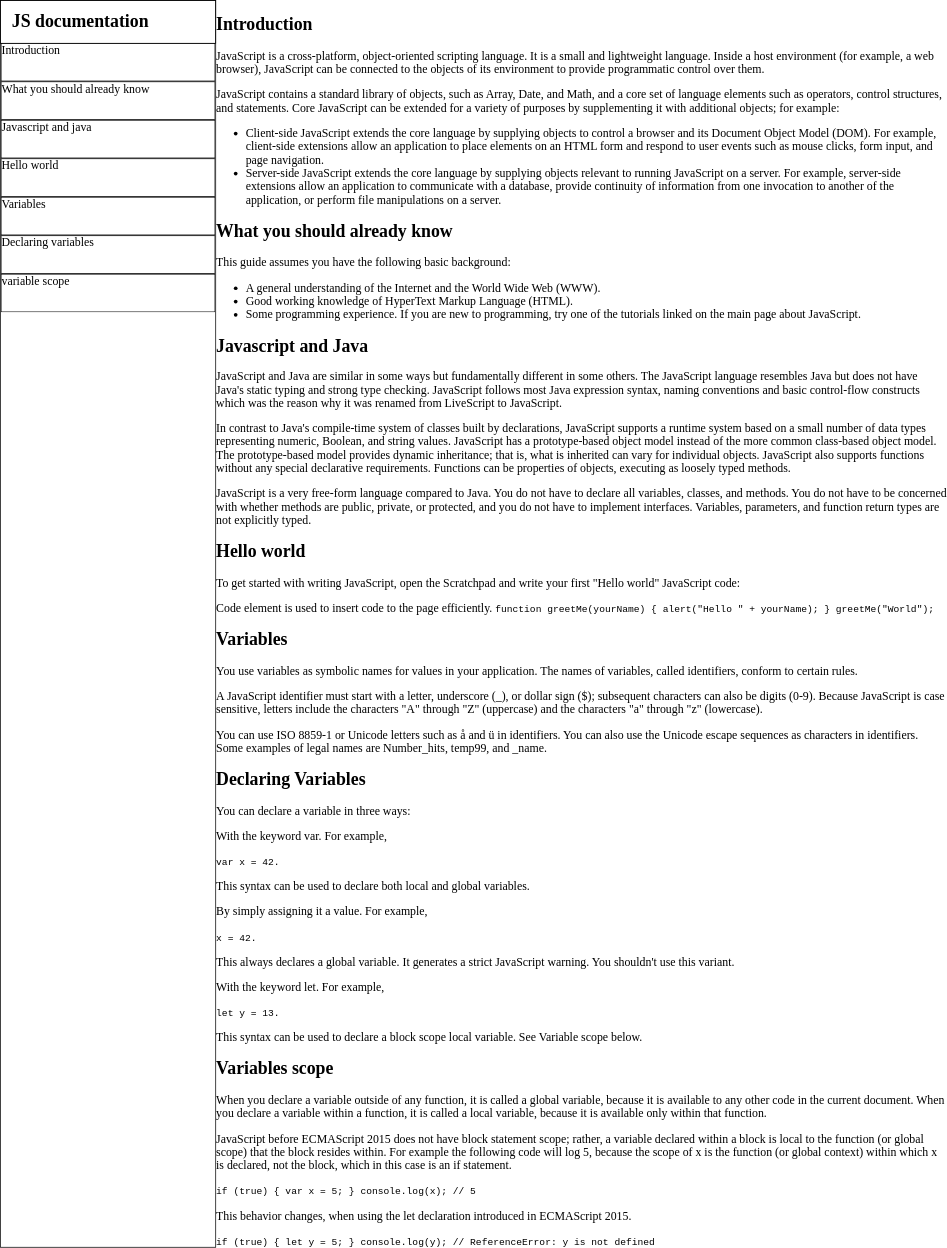
Repository: Pafestivo/Technical-documentation
Page: index.html
The author's editor kept a copy of each file at every save. The page is drawn from the files as they stood at one save, then again after the next save.
The browser window is 1280 px wide. The pictures show the whole page, at 74% of full size.

Above is the page before, as saved 2022-09-07 13:27:09.

### index.html
<!DOCTYPE html>
<html lang="en">
<head>
    <meta charset="UTF-8">
    <meta name="viewport" content="width=device-width, initial-scale=1.0">
    <link rel="stylesheet" href="styles.css">
    <title>Technical Documentation Page</title>
</head>
<body>
  <nav id="navbar">
    <header>
      <h1>JS documentation</h1>
    </header>
    <ul>
      <li><a id="nav-link" href="#introduction">Introduction</a></li>
      <li><a id="nav-link" href="#what_you_should_already_know">What you should already know</a></li>
      <li><a id="nav-link" href="#javascript_and_Java">Javascript and java</a></li>
      <li><a id="nav-link" href="#hello_world">Hello world</a></li>
      <li><a id="nav-link" href="#variables">Variables</a></li>
      <li><a id="nav-link" href="#declaring_variables">Declaring variables</a></li>
      <li><a id="nav-link" href="#variable_scope">variable scope</a></li>
    </ul>
  </nav>
  <main id="main-doc">
    <section id="introduction" class="main-section">
      <h1>Introduction</h1>

      <p>JavaScript is a cross-platform, object-oriented scripting language. It is a small and lightweight language. Inside a host environment (for example, a web browser), JavaScript can be connected to the objects of its environment to provide programmatic control over them.</p>

      <p>JavaScript contains a standard library of objects, such as Array, Date, and Math, and a core set of language elements such as operators, control structures, and statements. Core JavaScript can be extended for a variety of purposes by supplementing it with additional objects; for example:</p>

      <ul>
        <li>Client-side JavaScript extends the core language by supplying objects to control a browser and its Document Object Model (DOM). For example, client-side extensions allow an application to place elements on an HTML form and respond to user events such as mouse clicks, form input, and page navigation.</li>
        <li>Server-side JavaScript extends the core language by supplying objects relevant to running JavaScript on a server. For example, server-side extensions allow an application to communicate with a database, provide continuity of information from one invocation to another of the application, or perform file manipulations on a server.</li>
      </ul>
    </section>

    <section id="what_you_should_already_know" class="main-section">
        <h1>What you should already know</h1>

        <p>This guide assumes you have the following basic background:</p>

        <ul>
          <li>A general understanding of the Internet and the World Wide Web (WWW).</li>
          <li>Good working knowledge of HyperText Markup Language (HTML).</li>
          <li>Some programming experience. If you are new to programming, try one of the tutorials linked on the main page about JavaScript.</li>
        </ul>
      </section>

      <section id="javascript_and_Java" class="main-section">
        <h1>Javascript and Java</h1>

        <p>JavaScript and Java are similar in some ways but fundamentally different in some others. The JavaScript language resembles Java but does not have Java's static typing and strong type checking. JavaScript follows most Java expression syntax, naming conventions and basic control-flow constructs which was the reason why it was renamed from LiveScript to JavaScript.</p>

        <p>In contrast to Java's compile-time system of classes built by declarations, JavaScript supports a runtime system based on a small number of data types representing numeric, Boolean, and string values. JavaScript has a prototype-based object model instead of the more common class-based object model. The prototype-based model provides dynamic inheritance; that is, what is inherited can vary for individual objects. JavaScript also supports functions without any special declarative requirements. Functions can be properties of objects, executing as loosely typed methods.</p>

        <p>JavaScript is a very free-form language compared to Java. You do not have to declare all variables, classes, and methods. You do not have to be concerned with whether methods are public, private, or protected, and you do not have to implement interfaces. Variables, parameters, and function return types are not explicitly typed.</p>
      </section>

      <section id="hello_world" class="main-section">
        <h1>Hello world</h1>
        <p>To get started with writing JavaScript, open the Scratchpad and write your first "Hello world" JavaScript code:</p>

        Code element is used to insert code to the page efficiently.
        <code>
            function greetMe(yourName) { alert("Hello " + yourName); }
            greetMe("World");
        </code>
      </section>

      <section id="variables" class="main-section">
        <h1>Variables</h1>

        <p>You use variables as symbolic names for values in your application. The names of variables, called identifiers, conform to certain rules.</p>

        <p>A JavaScript identifier must start with a letter, underscore (_), or dollar sign ($); subsequent characters can also be digits (0-9). Because JavaScript is case sensitive, letters include the characters "A" through "Z" (uppercase) and the characters "a" through "z" (lowercase).</p>

        <p>You can use ISO 8859-1 or Unicode letters such as å and ü in identifiers. You can also use the Unicode escape sequences as characters in identifiers. Some examples of legal names are Number_hits, temp99, and _name.</p>
      </section>

      <section id="declaring_variables" class="main-section">
        <h1>Declaring Variables</h1>

        <p>You can declare a variable in three ways:</p>

        <p>With the keyword var. For example,</p>
        <code>
            var x = 42.
        </code>

        <p>This syntax can be used to declare both local and global variables.</p>

        <p>By simply assigning it a value. For example,</p>
        <code>
            x = 42.
        </code>

        <p>This always declares a global variable. It generates a strict JavaScript warning. You shouldn't use this variant.</p>

        <p>With the keyword let. For example,</p>
        <code>
            let y = 13.
        </code>

        <p>This syntax can be used to declare a block scope local variable. See Variable scope below.</p>
      </section>

      <section id="variable_scope" class="main-section">
        <h1>Variables scope</h1>

        <p>When you declare a variable outside of any function, it is called a global variable, because it is available to any other code in the current document. When you declare a variable within a function, it is called a local variable, because it is available only within that function.</p>

        <p>JavaScript before ECMAScript 2015 does not have block statement scope; rather, a variable declared within a block is local to the function (or global scope) that the block resides within. For example the following code will log 5, because the scope of x is the function (or global context) within which x is declared, not the block, which in this case is an if statement.</p>
        <code>
            if (true) { var x = 5; } console.log(x); // 5
        </code>

        <p>This behavior changes, when using the let declaration introduced in ECMAScript 2015.</p>
        <code>
            if (true) { let y = 5; } console.log(y); // ReferenceError: y is
not defined
        </code>
  </main>

</body>
</html>

### styles.css
html {
  box-sizing: border-box;
  scroll-behavior: smooth;
}

body {
  display: flex;
  padding: 0;
  margin: 0;
}

/* Navigation bar  */
#navbar {
  min-width: 290px;
  border: 1px solid #000;
}

#navbar header {
  margin: -1px;
}

#navbar header h1{
  margin: 0;
  padding: 15px;
  border: 1px solid #000;
}

#navbar ul {
  list-style: none;
  overflow: hidden;
  margin: 0;
  padding: 0;
}

#navbar ul li {
}

#navbar ul a {
  display: block;
  text-decoration: none;
  color: #000;
  height: 50px;
  border: 1px solid #000;
}

/* Navigation bar end  */

After the next save:
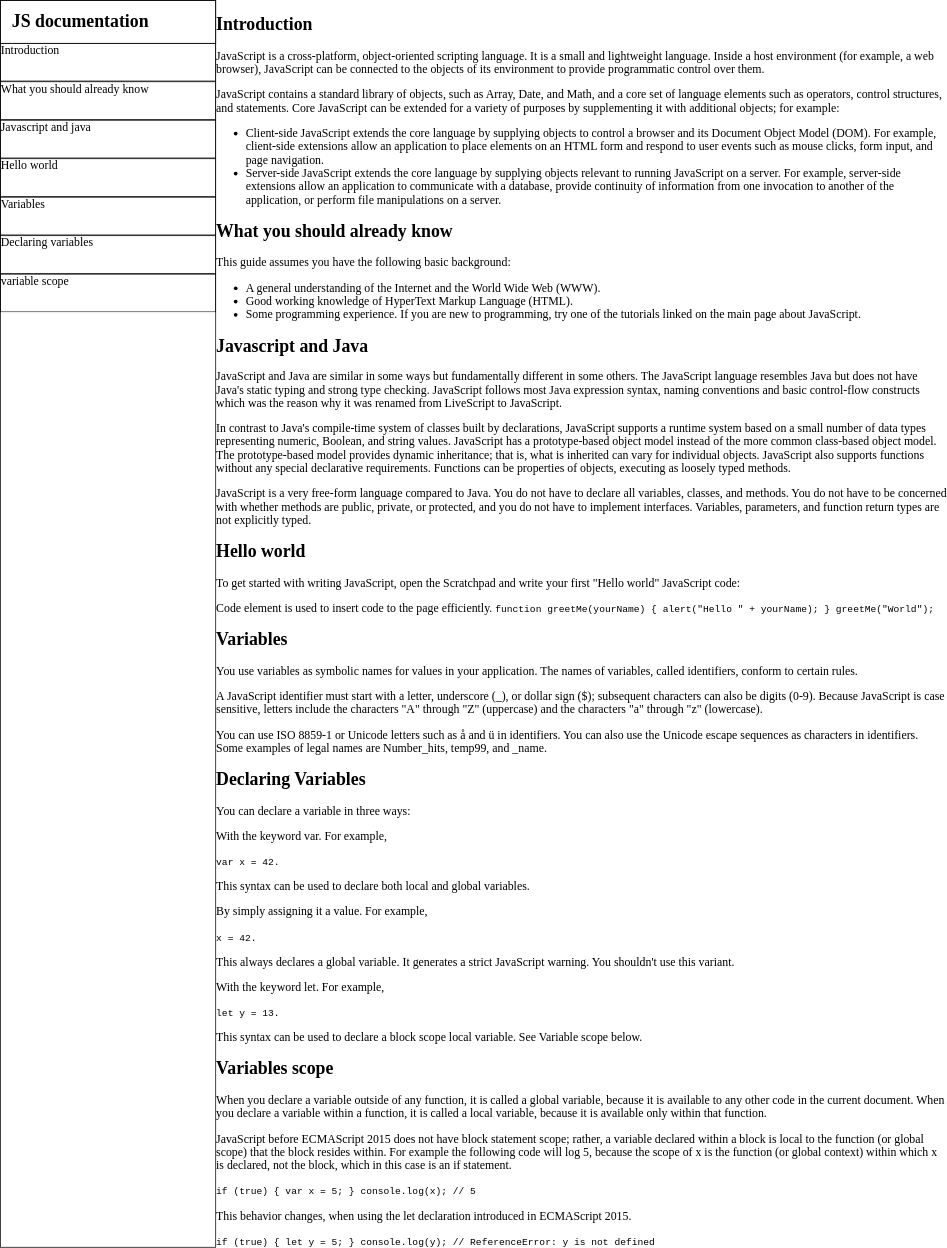
Saved 8 s later.
--- a/styles.css
+++ b/styles.css
@@ -28,7 +28,7 @@ body {
 #navbar ul {
   list-style: none;
   overflow: hidden;
-  margin: 0;
+  margin: -1px;
   padding: 0;
 }
 
